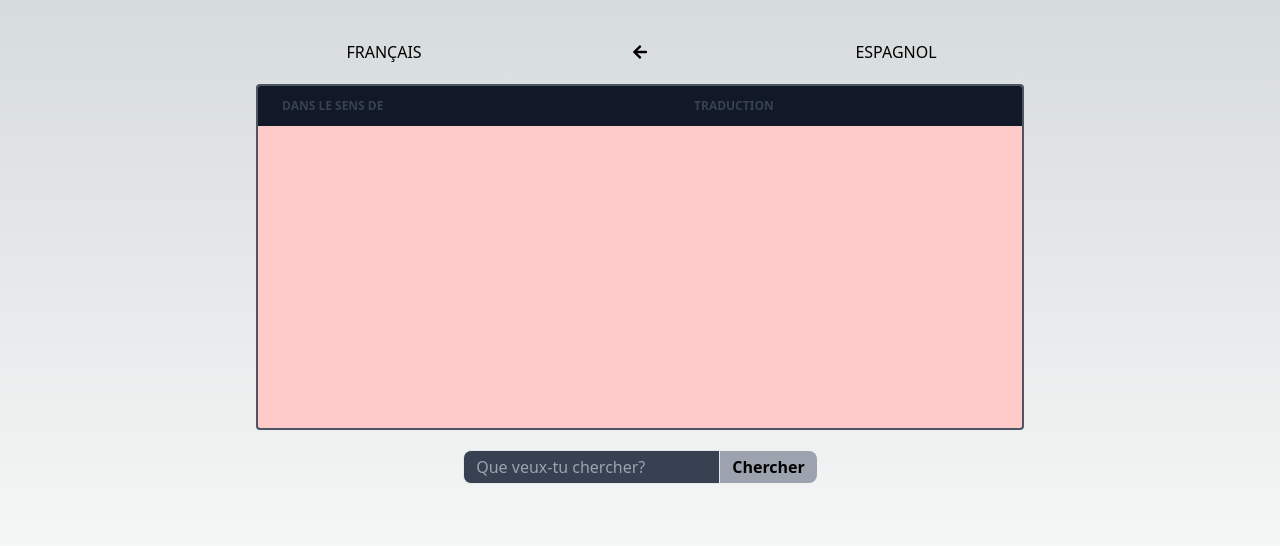
Repository: All-Khwarizmi/Dico
Page: /
The author's editor kept a copy of each file at every save. The page is drawn from the files as they stood at one save, then again after a run of saves.
The browser window is 1280 px wide. The pictures show the whole page.
The project was rebuilt for these pictures with package versions that can differ from the ones it lists, and the page was loaded fresh each time. The framework's server and built-in components were replaced by stand-ins that run in the browser. Also part of the build but not shown: next.config.js, vite.config.ts.

Above is the page before, as saved 2023-02-17 18:32:13.

### src/app/page.tsx
'use client';
import Image from 'next/image';
import { Inter } from '@next/font/google';
import { FaArrowLeft } from 'react-icons/fa';
import { BsArrowRight } from 'react-icons/bs';
import { FaArrowRight } from 'react-icons/fa';
import EspModal from '@/components/EspModal';
import DicoModal from '@/components/DicoModal';

const inter = Inter({ subsets: ['latin'] });
import parse from 'html-react-parser';
import { useState } from 'react';
import Link from 'next/link';

type Trad = {
  source: string;
  target: string;
};
type Translations = Array<Trad>;
interface TranslationsFetch {
  translations: Array<Trad>;
}
export default function Home() {
  const [word, setWord] = useState<string>('');
  const [isFr, setIsFR] = useState<Boolean>(false);
  const [translations, setTranslations] = useState<Translations>([]);

  const submitWord = (e: React.FormEvent<HTMLFormElement>) => {
    e.preventDefault();
    let check = word.split(' ').length;
    console.log('Submitting', check);
    if (check > 1) {
      return window.alert('1 mot à la fois');
    }
    if (isFr) return fetchDico(word).catch((err) => console.log(err));
    fetchDicoEsp(word).catch((err) => console.log(err));
  };

  const inputWord = (e: React.ChangeEvent<HTMLInputElement>) => {
    return setWord(e.target.value);
  };

  const fetchDico = async (word: string): Promise<void> => {
    console.log('Fetching..');
    const url = 'https://dico-ochre.vercel.app/api/dico';
    const options: RequestInit = {
      method: 'POST',
      headers: {
        'Content-Type': 'text/plain;charset=UTF-8',
      },
      body: JSON.stringify(word),
    };
    const res = await fetch(url, options);
    // eslint-disable-next-line @typescript-eslint/no-unsafe-assignment
    const data = await res.json();
    console.log('Data: ', data);
    // eslint-disable-next-line @typescript-eslint/no-unsafe-assignment
    const { translations }: TranslationsFetch = data;
    setTranslations(translations);
    setWord('');
  };
  const fetchDicoEsp = async (word: string): Promise<void> => {
    console.log('Fetching..');
    const url = 'https://dico-ochre.vercel.app/api/esp';
    const options: RequestInit = {
      method: 'POST',
      headers: {
        'Content-Type': 'text/plain;charset=UTF-8',
      },
      body: JSON.stringify(word),
    };
    const res = await fetch(url, options);
    // eslint-disable-next-line @typescript-eslint/no-unsafe-assignment
    const data = await res.json();
    console.log('Data: ', data);
    // eslint-disable-next-line @typescript-eslint/no-unsafe-assignment
    const { translations }: TranslationsFetch = data;
    setTranslations(translations);
    setWord('');
  };
  return (
    <main className='h-screen w-screen'>
      <div className='grid place-items-center pt-5 '>
        {isFr ? (
          <div className='grid w-[60%] grid-cols-3  place-items-center  '>
            <button onClick={() => setIsFR(!isFr)}>
              <h1 className='py-5 text-center uppercase text-1xl'>Français</h1>
            </button>
            <button onClick={() => setIsFR(!isFr)}>
              <FaArrowRight />
            </button>
            <button onClick={() => setIsFR(!isFr)}>
              <h1 className='py-5 text-center uppercase text-1xl'>Espagnol</h1>
            </button>
          </div>
        ) : (
          <div className='grid w-[60%] grid-cols-3  place-items-center  '>
            <button onClick={() => setIsFR(!isFr)}>
              <h1 className='py-5 text-center uppercase text-1xl'>Français</h1>
            </button>
            <button onClick={() => setIsFR(!isFr)}>
              <FaArrowLeft />
            </button>
            <button onClick={() => setIsFR(!isFr)}>
              <h1 className='py-5 text-center uppercase text-1xl'>Espagnol</h1>
            </button>
          </div>
        )}
      </div>
      <div className='flex h-[80%] flex-col  items-center gap-5'>
        <div className=' h-[60%] max-h-[80%] w-[60%] overflow-scroll rounded border-2 border-solid border-gray-600  bg-red-200'>
          <div className='text-black '>
            <div className=''>
              <table className='  relative w-full text-left text-sm text-gray-500 dark:text-gray-400'>
                <thead className='  sticky top-0 bg-gray-900 text-xs uppercase text-gray-700 '>
                  <tr>
                    <th scope='col' className='px-6 dark:text-white py-3 '>
                      Dans le sens de
                    </th>
                    <th scope='col' className='px-6 dark:text-white py-3 '>
                      Traduction
                    </th>
                  </tr>
                </thead>
                <tbody className='bg-gray-800'>
                  {translations?.map((trad: Trad, index) => {
                    return (
                      <tr
                        className='border-b bg-white dark:border-gray-700 dark:bg-gray-800'
                        key={index}
                      >
                        <td className='px-6 py-4'> {parse(trad?.source)}</td>
                        <th
                          scope='row'
                          className='whitespace-nowrap px-6 py-4 font-medium text-gray-900 dark:text-white'
                        >
                          {parse(trad?.target)}
                        </th>
                      </tr>
                    );
                  })}
                </tbody>
              </table>
            </div>
          </div>
        </div>
        <form className='text-black' onSubmit={(e) => submitWord(e)}>
          <input
            onChange={(event) => inputWord(event)}
            value={word}
            placeholder='Que veux-tu chercher?'
            className='rounded-lg border dark:text-white border-1 bg-gray-700 rounded-r-none px-3 py-1'
            type='text'
            name='word'
            id='word'
          />
          <button
            className='rounded-lg rounded-l-none bg-gray-400 dark:text-white font-bold dark:bg-purple-900 px-3 py-1 dark:py-1.5'
            type='submit'
          >
            Chercher
          </button>
        </form>
      </div>
    </main>
  );
}

Loaded but not shown: src/app/layout.tsx (common file); src/app/globals.css (common file); tailwind.config.js (common file)

After the next 2 saves:
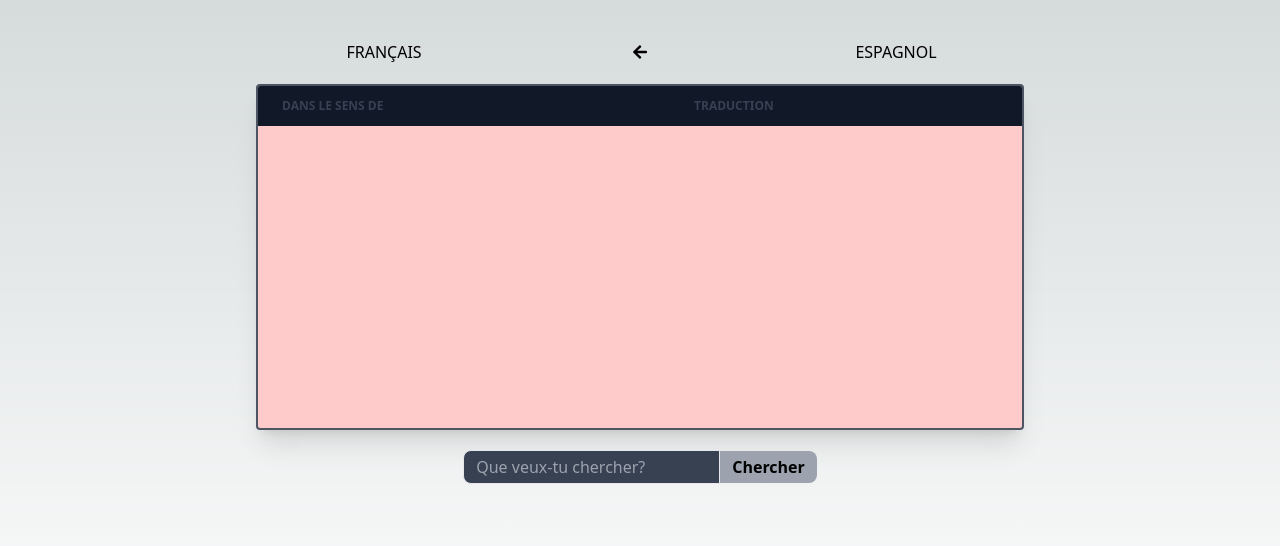
The 2 saves are shown as one change because they came seconds apart.
The last was saved 45 s later.
--- a/src/app/page.tsx
+++ b/src/app/page.tsx
@@ -108,7 +108,7 @@
         )}
       </div>
       <div className='flex h-[80%] flex-col  items-center gap-5'>
-        <div className=' h-[60%] max-h-[80%] w-[60%] overflow-scroll rounded border-2 border-solid border-gray-600  bg-red-200'>
+        <div className=' h-[60%] max-h-[80%] w-[60%] overflow-scroll rounded border-2 border-solid border-gray-600 shadow-xl shadow bg-red-200'>
           <div className='text-black '>
             <div className=''>
               <table className='  relative w-full text-left text-sm text-gray-500 dark:text-gray-400'>

After the 3 saves that followed:
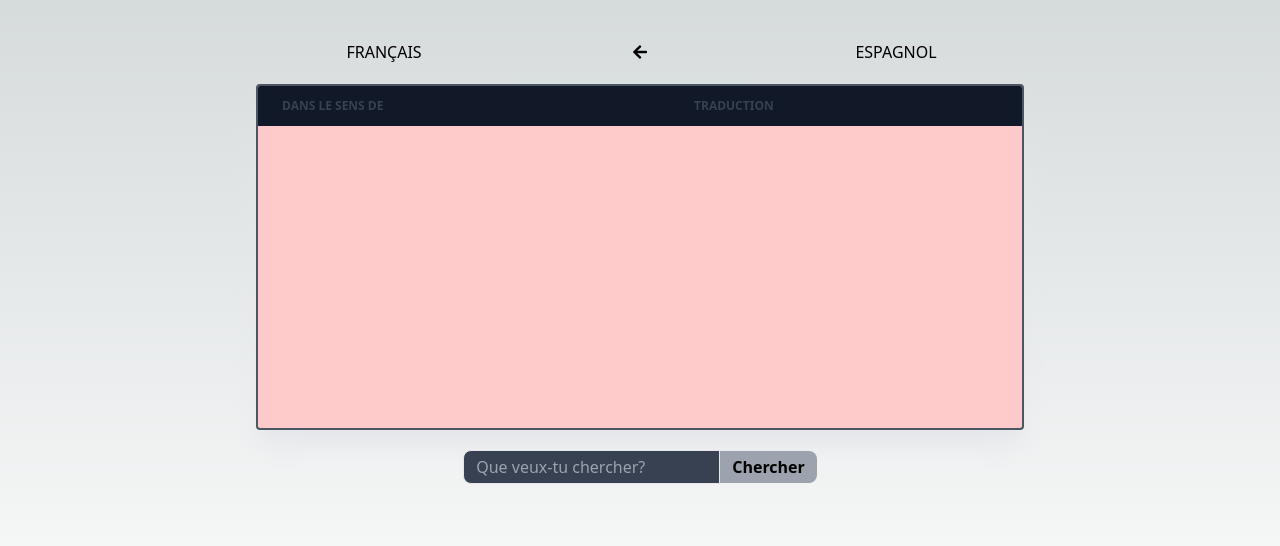
The 3 saves are shown as one change because 2 left the picture as it was.
The last was saved 14 s later.
--- a/src/app/page.tsx
+++ b/src/app/page.tsx
@@ -108,7 +108,7 @@
         )}
       </div>
       <div className='flex h-[80%] flex-col  items-center gap-5'>
-        <div className=' h-[60%] max-h-[80%] w-[60%] overflow-scroll rounded border-2 border-solid border-gray-600 shadow-xl shadow bg-red-200'>
+        <div className=' h-[60%] max-h-[80%] w-[60%] overflow-scroll rounded border-2 border-solid border-gray-600 shadow-xl shadow-gray-200 bg-red-200'>
           <div className='text-black '>
             <div className=''>
               <table className='  relative w-full text-left text-sm text-gray-500 dark:text-gray-400'>
